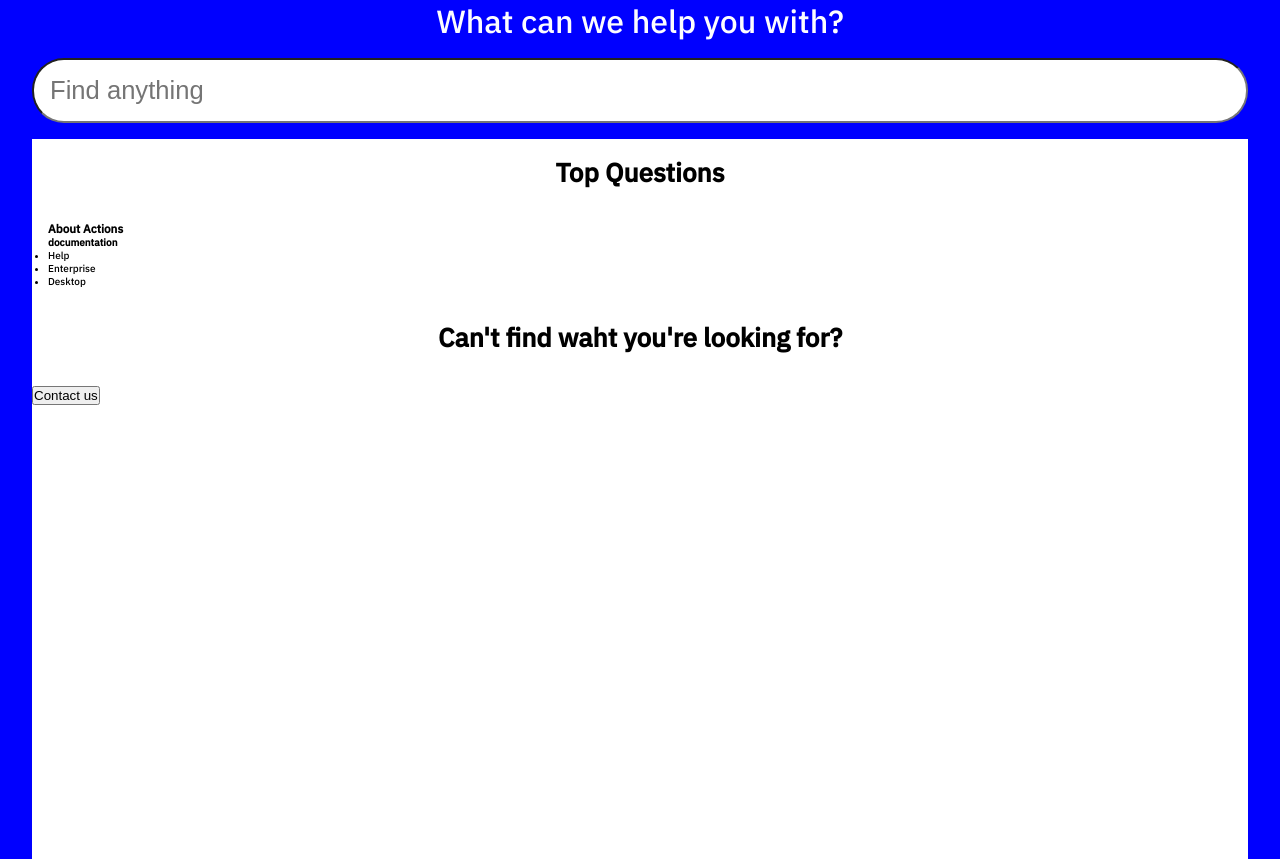
Repository: Hcmwebs/Help-Center-UI-
Page: index.html
These files come from the project's save history. The page is drawn as it stood at one moment and after the next save; the edit follows.
The browser window is 1280 px wide. The pictures show the whole page.
The style sheet was rebuilt from its Sass, Less or Tailwind sources for each picture, by a compiler version that may differ from the author's.

Above is the page before, as saved 2020-08-20 20:57:52.

After the next save:
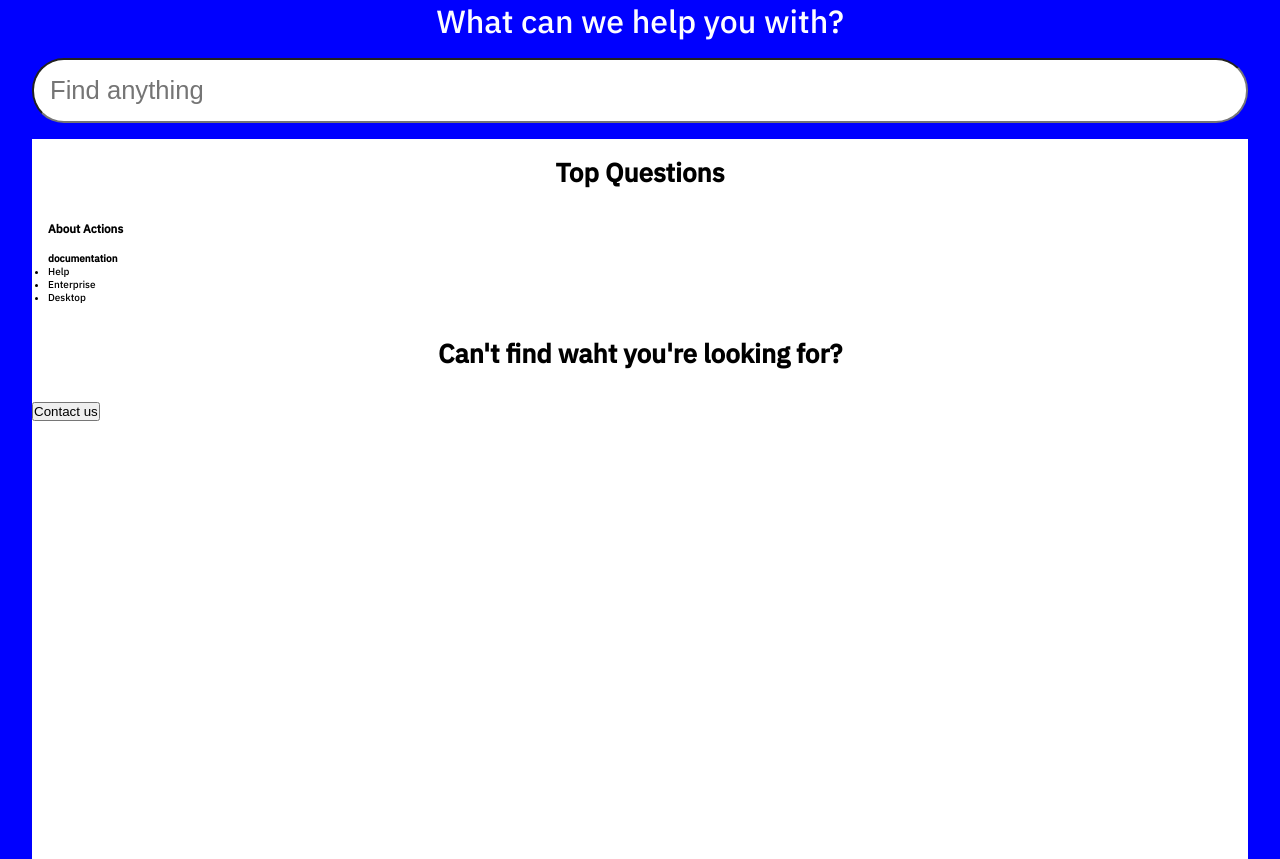
Saved 97 s later.
--- a/scss/styles.scss
+++ b/scss/styles.scss
@@ -60,9 +60,11 @@ header{
     &-item{
         display: grid;
         grid-template-columns: 1fr;
+        gap: 1rem;
         padding: 0 1rem;
 
         &-head{
+
 
         }
         &-body{
